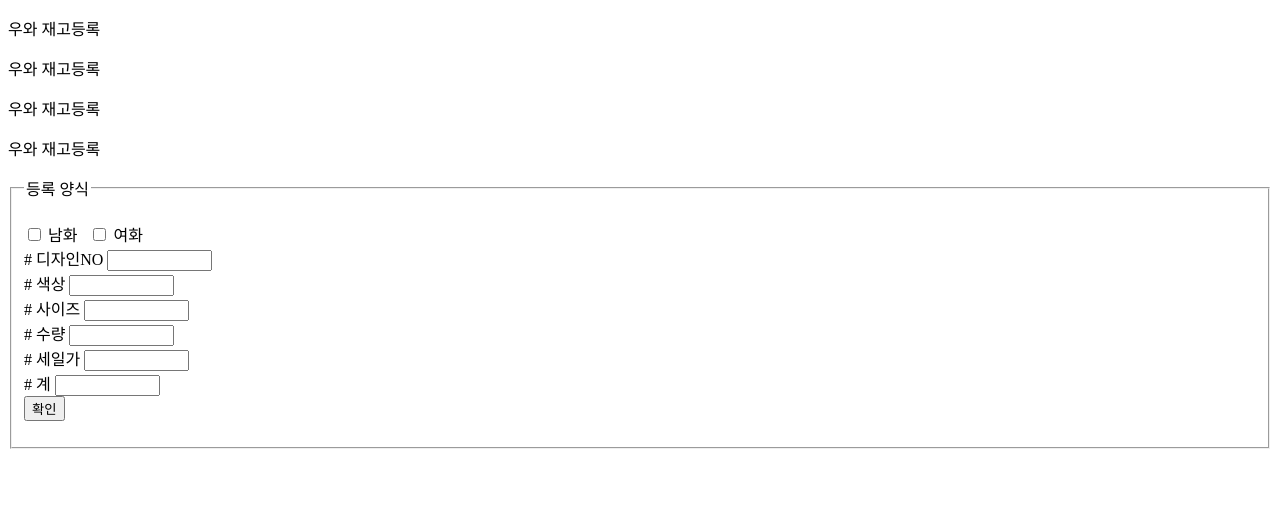
Repository: RattenLegs/Project_Inventory
Page: http://localhost/Project_Inventory/WEB-INF/views/inventoryboard/addInventory.jsp
The author's editor kept a copy of each file at every save. The page is drawn from the files as they stood at one save, then again after the next save.
The browser window is 1280 px wide. The pictures show the whole page.
The page is served by Tomcat 9. Nobody is signed in. Other server files are loaded and not shown. The template is opened directly, without the code that normally fills it, so the values that code supplies are empty.

Above is the page before, as saved 2023-02-03 09:44:46.

### Project_Inventory/src/main/webapp/WEB-INF/views/inventoryboard/addInventory.jsp
<%@ page language="java" contentType="text/html; charset=UTF-8"
	pageEncoding="UTF-8"%>
<!DOCTYPE html>
<html>
<head>
<meta charset="UTF-8">
<title>addInventory</title>
<%-- <%@ include file="../../views/include/header.jsp"%> --%>
</head>
<body>
	<p>우와 재고등록</p>
	<p>우와 재고등록</p>
	<p>우와 재고등록</p>
	<p>우와 재고등록</p>

	<%--
		form태그의 action을 작성하지 않으면
		마지막 요청(현재 화면을 보기 위해 요청한 url 주소)
		url과 동일하게 서버로 요청이 들어갑니다.
	 --%>

	<form action="/inventoryboard/addInventoryCheck" method="post">
		<fieldset>
			<legend>등록 양식</legend>
			<p>
				<input type="checkbox" name="shoeGender" value="남화"> 남화
				&nbsp; <input type="checkbox" name="shoeGender" value="여화">
				여화 &nbsp; <br> # 디자인NO <input type="text" name="design"
					size="10"> <br> # 색상 <input type="text" name="color"
					size="10"> <br> # 사이즈 <input type="text" name="size"
					size="10"> <br> # 수량 <input type="text" name="num"
					size="10"> <br> # 세일가 <input type="text" name="price"
					size="10"> <br> # 계 <input type="text" name="sum"
					size="10"> <br> <input type="submit" value="확인">
			</p>
		</fieldset>

	</form>
	<%-- 	<%@ include file="../../views/include/footer.jsp"%> --%>
</body>
</html>

After the next save:
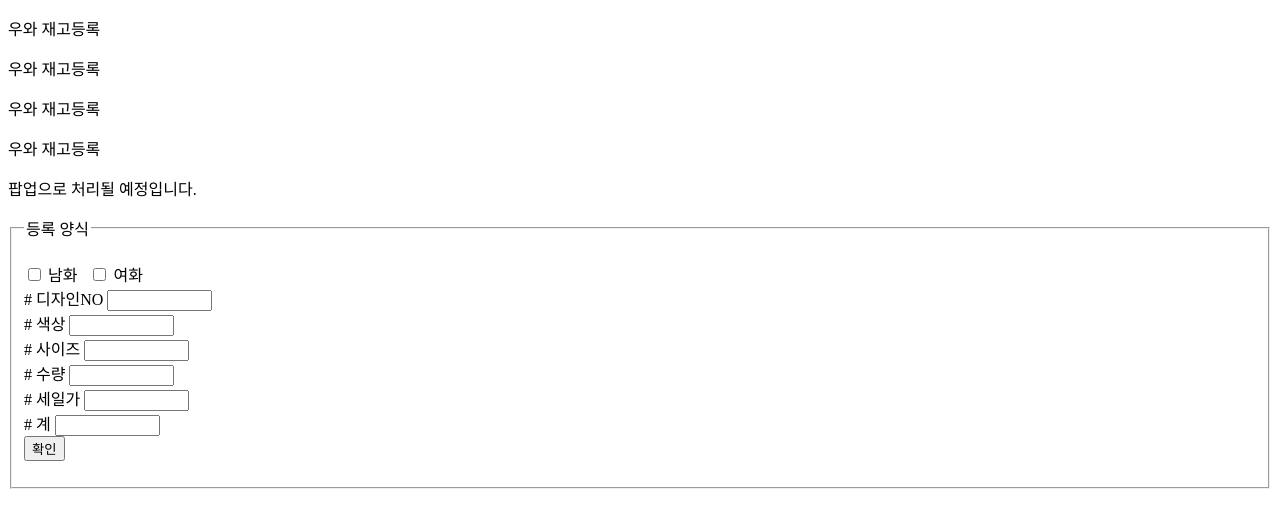
Saved 4 days later.
--- a/Project_Inventory/src/main/webapp/WEB-INF/views/inventoryboard/addInventory.jsp
+++ b/Project_Inventory/src/main/webapp/WEB-INF/views/inventoryboard/addInventory.jsp
@@ -12,6 +12,7 @@
 	<p>우와 재고등록</p>
 	<p>우와 재고등록</p>
 	<p>우와 재고등록</p>
+	<p>팝업으로 처리될 예정입니다.</p>
 
 	<%--
 		form태그의 action을 작성하지 않으면
